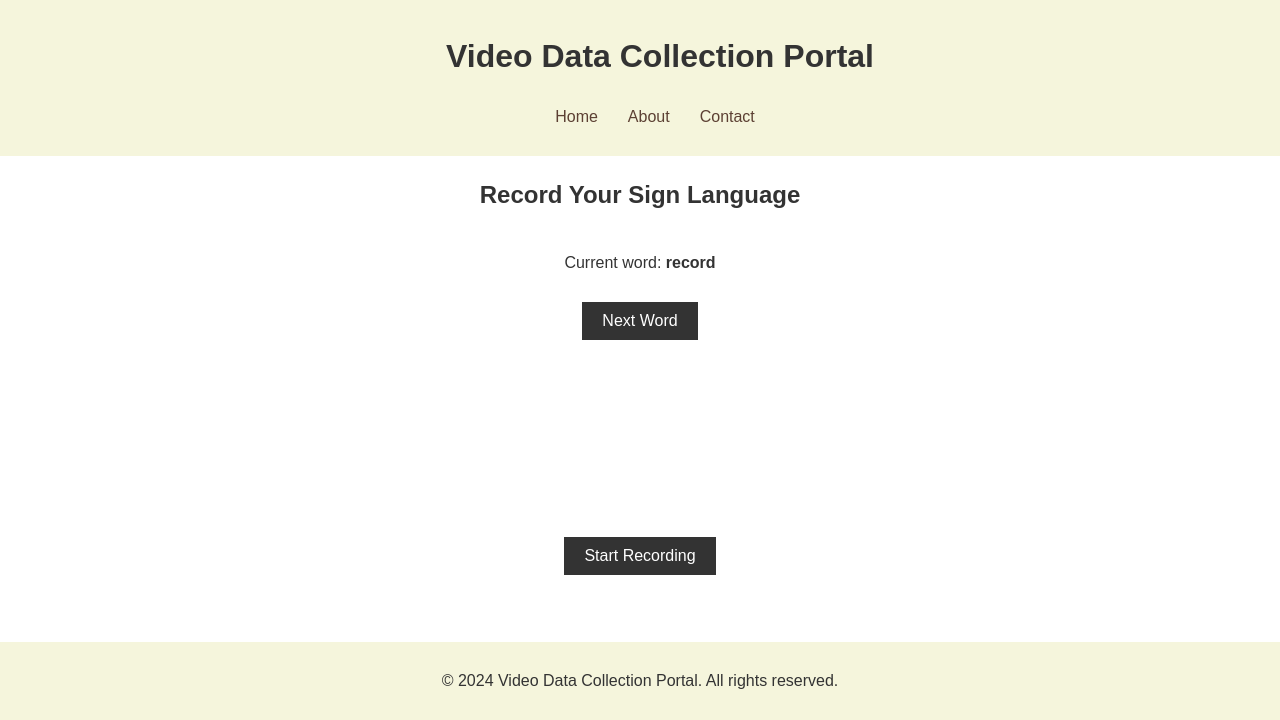
Repository: Oren93/sign_lang_data
Page: /upload (app in frontend/sign-lang-ui/)
An editor plug-in stored every save of this project. The page is shown before and after the next save, followed by the edit.
The browser window is 1280 px wide. The pictures show the whole page.
The page's requests for data from a server got no answer. The project was rebuilt for these pictures with package versions that can differ from the ones it lists, and the page was loaded fresh each time. No one was signed in, and anything a server would have sent is missing. Also part of the build but not shown: frontend/sign-lang-ui/vite.config.ts, frontend/sign-lang-ui/src/pages/Home.tsx, frontend/sign-lang-ui/src/pages/About.tsx, frontend/sign-lang-ui/src/pages/Contact.tsx.

Above is the page before, as saved 2024-06-09 23:10:09.

### frontend/sign-lang-ui/src/main.tsx
// src/main.tsx
import React from 'react';
import ReactDOM from 'react-dom/client';
import { BrowserRouter as Router, Routes, Route } from 'react-router-dom';
import App from './App';
import './index.css';

const root = ReactDOM.createRoot(document.getElementById('root') as HTMLElement);
root.render(
  <React.StrictMode>
    <Router>
      <Routes>
        <Route path="/*" element={<App />} />
      </Routes>
    </Router>
  </React.StrictMode>
);

### frontend/sign-lang-ui/src/App.tsx
// src/App.tsx
import React, { useEffect, useLayoutEffect } from 'react';
import { Routes, Route, useLocation } from 'react-router-dom';
import Header from './components/Header';
import Footer from './components/Footer';
import Home from './pages/Home';
import About from './pages/About';
import Contact from './pages/Contact';
import Upload from './pages/Upload';

const App: React.FC = () => {
  const location = useLocation();

  useLayoutEffect(() => {
    const adjustMainPadding = () => {
      const headerHeight = document.querySelector('header')?.offsetHeight || 0;
      const footerHeight = document.querySelector('footer')?.offsetHeight || 0;
      const mainElement = document.querySelector('main');

      if (mainElement) {
        mainElement.style.paddingTop = `${headerHeight}px`;
        mainElement.style.paddingBottom = `${footerHeight}px`;
      }
    };

    // Initial adjustment
    adjustMainPadding();

    // Adjust padding on load and window resize
    window.addEventListener('resize', adjustMainPadding);

    return () => {
      window.removeEventListener('resize', adjustMainPadding);
    };
  }, [location.pathname]);

  return (
    <div>
      <Header />
      <Routes>
        <Route path="/" element={<Home />} />
        <Route path="/about" element={<About />} />
        <Route path="/contact" element={<Contact />} />
        <Route path="/upload" element={<Upload />} />
      </Routes>
      <Footer />
    </div>
  );
};

export default App;

### frontend/sign-lang-ui/src/index.css
/* src/index.css */

/* General body styles */
html, body {
  font-family: Arial, sans-serif;
  line-height: 1.6;
  margin: 0;
  padding: 0;
  background: #f4f4f4;
  color: #333;
  height: 100vh;
  overflow: auto;
}

/* Header styles */
header {
  position: fixed;
  top: 0;
  left: 0;
  width: 100%;
  background: #f5f5dc;
  color: #333;
  padding: 10px 20px;
  z-index: 1000;
  text-align: center;
}

nav ul {
  list-style: none;
  padding: 0;
}

nav ul li {
  display: inline;
  margin-right: 10px;
}

nav ul li a {
  color: #5C4033;
  text-decoration: none;
  padding: 5px 10px;
}

/* Main section styles */
main {
  position: relative;
  overflow-y: auto;
  padding-left: 20px;
  padding-right: 20px;
  background: #fff; /* Ensures background color for readability */
  transition: padding-top 0.3s ease, padding-bottom 0.3s ease; /* Smooth transitions for padding adjustments */
  padding-top: 0; /* Initially set to 0 */
  padding-bottom: 0; /* Initially set to 0 */
}

section {
  margin-bottom: 20px;
}

/* Footer styles */
footer {
  position: fixed;
  bottom: 0;
  left: 0;
  width: 100%;
  background: #f5f5dc;
  color: #333;
  padding: 10px 20px;
  z-index: 1000;
  text-align: center;
  box-sizing: border-box; /* Ensures padding is included in the element's total width and height */
}
/* Link hover effect */
nav ul li a:hover {
  color: #8B4513;
  text-decoration: underline;
}

@media (max-width: 768px) {
  nav ul {
      text-align: center;
  }

  nav ul li {
      display: block;
      margin-bottom: 10px;
  }

  main {
      margin: 10px;
  }
}

/* Form styles */
form {
  max-width: 500px;
  margin: 20px auto;
  padding: 20px;
  background: #f8f8f8;
  border: 1px solid #ddd;
}

label {
  display: block;
  margin-bottom: 10px;
}

input[type="file"] {
  margin-bottom: 20px;
}

button {
  background: #333;
  color: #fff;
  border: none;
  padding: 10px 20px;
  cursor: pointer;
}

button:hover {
  background: #555;
}

### frontend/sign-lang-ui/src/components/Header.tsx
// src/components/Header.tsx
import React from 'react';
import { Link } from 'react-router-dom';

const Header: React.FC = () => {
  return (
    <header>
      <h1>Video Data Collection Portal</h1>
      <nav>
        <ul>
          <li><Link to="/">Home</Link></li>
          <li><Link to="/about">About</Link></li>
          <li><Link to="/contact">Contact</Link></li>
          {/* Removed the upload link */}
        </ul>
      </nav>
    </header>
  );
};

export default Header;

### frontend/sign-lang-ui/src/components/Footer.tsx
// src/components/Footer.tsx
import React from 'react';

const Footer: React.FC = () => {
  return (
    <footer>
      <p>&copy; 2024 Video Data Collection Portal. All rights reserved.</p>
    </footer>
  );
};

export default Footer;

### frontend/sign-lang-ui/src/pages/Upload.tsx
// src/pages/Upload.tsx
import React, { useState, useRef, useEffect } from 'react';
import Webcam from 'react-webcam';
import './Upload.css'; // Import the CSS file

const words = ['hello', 'world', 'sign', 'language', 'video', 'record']; // Example words

const Upload: React.FC = () => {
  const [word, setWord] = useState<string>('');
  const [recording, setRecording] = useState<boolean>(false);
  const [videoUrl, setVideoUrl] = useState<string | null>(null);
  const webcamRef = useRef<Webcam>(null);
  const mediaRecorderRef = useRef<MediaRecorder | null>(null);
  const [capturedChunks, setCapturedChunks] = useState<Blob[]>([]);

  useEffect(() => {
    generateRandomWord();
  }, []);

  const generateRandomWord = () => {
    const randomWord = words[Math.floor(Math.random() * words.length)];
    setWord(randomWord);
  };

  const handleStartRecording = () => {
    setRecording(true);
    setCapturedChunks([]);
    if (webcamRef.current?.stream) {
      mediaRecorderRef.current = new MediaRecorder(webcamRef.current.stream, {
        mimeType: 'video/webm',
      });
      mediaRecorderRef.current.addEventListener('dataavailable', handleDataAvailable);
      mediaRecorderRef.current.start();
    }
  };

  const handleDataAvailable = (event: BlobEvent) => {
    if (event.data.size > 0) {
      setCapturedChunks((prev) => [...prev, event.data]);
    }
  };

  const handleStopRecording = () => {
    setRecording(false);
    mediaRecorderRef.current?.stop();
    if (capturedChunks.length) {
      const blob = new Blob(capturedChunks, { type: 'video/webm' });
      const url = URL.createObjectURL(blob);
      setVideoUrl(url);
    }
  };

  return (
    <main>
      <section>
        <h2>Record Your Sign Language</h2>
        <p>Current word: <strong>{word}</strong></p>
        <button onClick={generateRandomWord}>Next Word</button>
        <div>
          <Webcam audio={true} ref={webcamRef} />
        </div>
        <div>
          {recording ? (
            <button onClick={handleStopRecording}>Stop Recording</button>
          ) : (
            <button onClick={handleStartRecording}>Start Recording</button>
          )}
        </div>
        {videoUrl && (
          <div>
            <h3>Recorded Video:</h3>
            <video src={videoUrl} controls />
          </div>
        )}
      </section>
    </main>
  );
};

export default Upload;

### frontend/sign-lang-ui/src/pages/Upload.css
/* src/pages/Upload.css */

main {
    display: flex;
    flex-direction: column;
    align-items: center;
    padding-top: 100px; /* Adjust based on header height */
    padding-bottom: 50px; /* Adjust based on footer height */
}

section {
    display: flex;
    flex-direction: column;
    align-items: center;
    width: 100%;
    max-width: 600px;
}

button {
    margin: 10px;
    padding: 10px 20px;
    font-size: 16px;
}

video {
    margin-top: 20px;
    width: 100%;
    max-width: 600px;
}

### frontend/sign-lang-ui/src/pages/Upload.module.css
/* src/pages/Upload.module.css */

.main {
    display: flex;
    flex-direction: column;
    align-items: center;
    padding-top: 100px; /* Adjust based on header height */
    padding-bottom: 50px; /* Adjust based on footer height */
}

.section {
    display: flex;
    flex-direction: column;
    align-items: center;
    width: 100%;
    max-width: 600px;
}

.button {
    margin: 10px;
    padding: 10px 20px;
    font-size: 16px;
}

.video {
    margin-top: 20px;
    width: 100%;
    max-width: 600px;
}

Loaded but not shown: frontend/sign-lang-ui/index.html (common file)

After the next save:
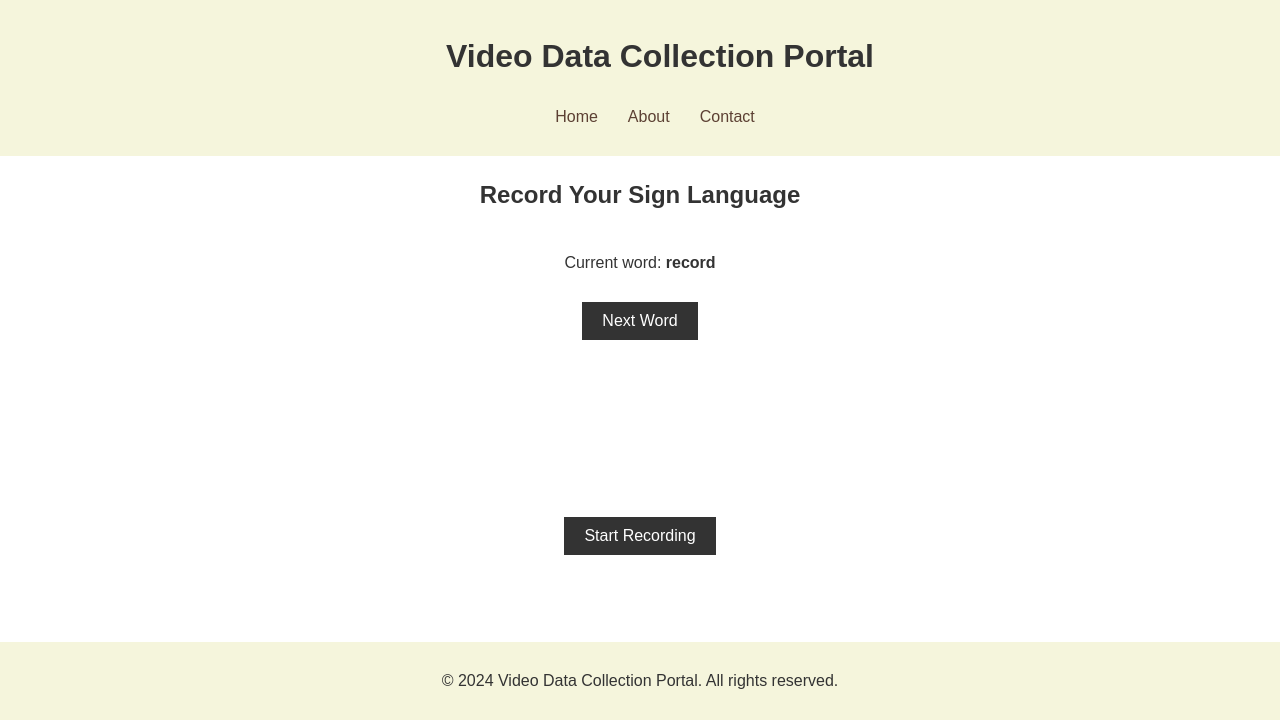
Saved 12 s later.
--- a/frontend/sign-lang-ui/src/pages/Upload.tsx
+++ b/frontend/sign-lang-ui/src/pages/Upload.tsx
@@ -1,7 +1,7 @@
 // src/pages/Upload.tsx
 import React, { useState, useRef, useEffect } from 'react';
 import Webcam from 'react-webcam';
-import './Upload.css'; // Import the CSS file
+import styles from './Upload.module.css'; // Import the CSS module
 
 const words = ['hello', 'world', 'sign', 'language', 'video', 'record']; // Example words
 
@@ -51,25 +51,25 @@ const Upload: React.FC = () => {
   };
 
   return (
-    <main>
-      <section>
+    <main className={styles.main}>
+      <section className={styles.section}>
         <h2>Record Your Sign Language</h2>
         <p>Current word: <strong>{word}</strong></p>
-        <button onClick={generateRandomWord}>Next Word</button>
+        <button className={styles.button} onClick={generateRandomWord}>Next Word</button>
         <div>
           <Webcam audio={true} ref={webcamRef} />
         </div>
         <div>
           {recording ? (
-            <button onClick={handleStopRecording}>Stop Recording</button>
+            <button className={styles.button} onClick={handleStopRecording}>Stop Recording</button>
           ) : (
-            <button onClick={handleStartRecording}>Start Recording</button>
+            <button className={styles.button} onClick={handleStartRecording}>Start Recording</button>
           )}
         </div>
         {videoUrl && (
           <div>
             <h3>Recorded Video:</h3>
-            <video src={videoUrl} controls />
+            <video className={styles.video} src={videoUrl} controls />
           </div>
         )}
       </section>
